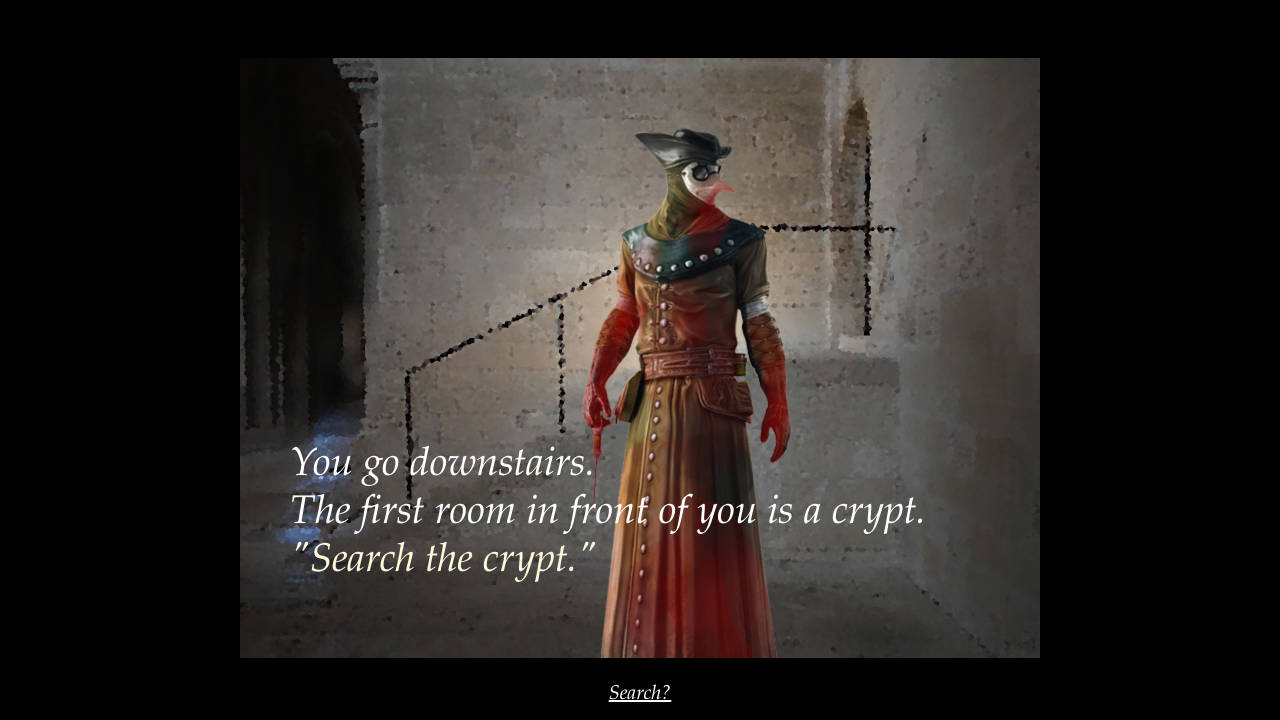
Repository: yiy225/yiy225.github.io
Page: final/dr/ym2.html
The author's editor kept a record of every edit. The page is drawn from the files as they stood at one moment, then again after the next edit.
The browser window is 1280 px wide. The pictures show the whole page.

Above is the page before.

After the next edit:
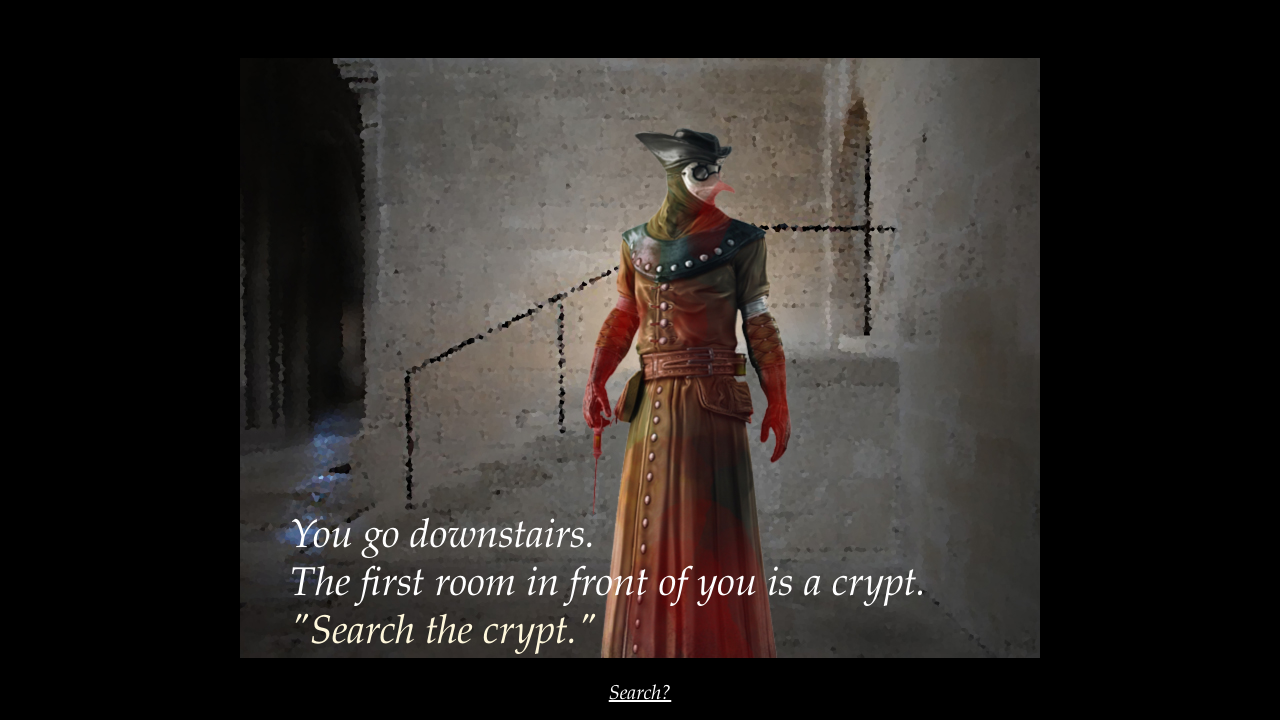
The edit:
--- a/final/dr/ym2.html
+++ b/final/dr/ym2.html
@@ -24,6 +24,9 @@
          <br>
          <br>
          <br>
+         <br>
+         <br>
+         <br>
          <div class= c1><i>You go downstairs.
          <br>The first room in front of you is a crypt.</div>
          <div class= c2><i>"Search the crypt."</i></div>
